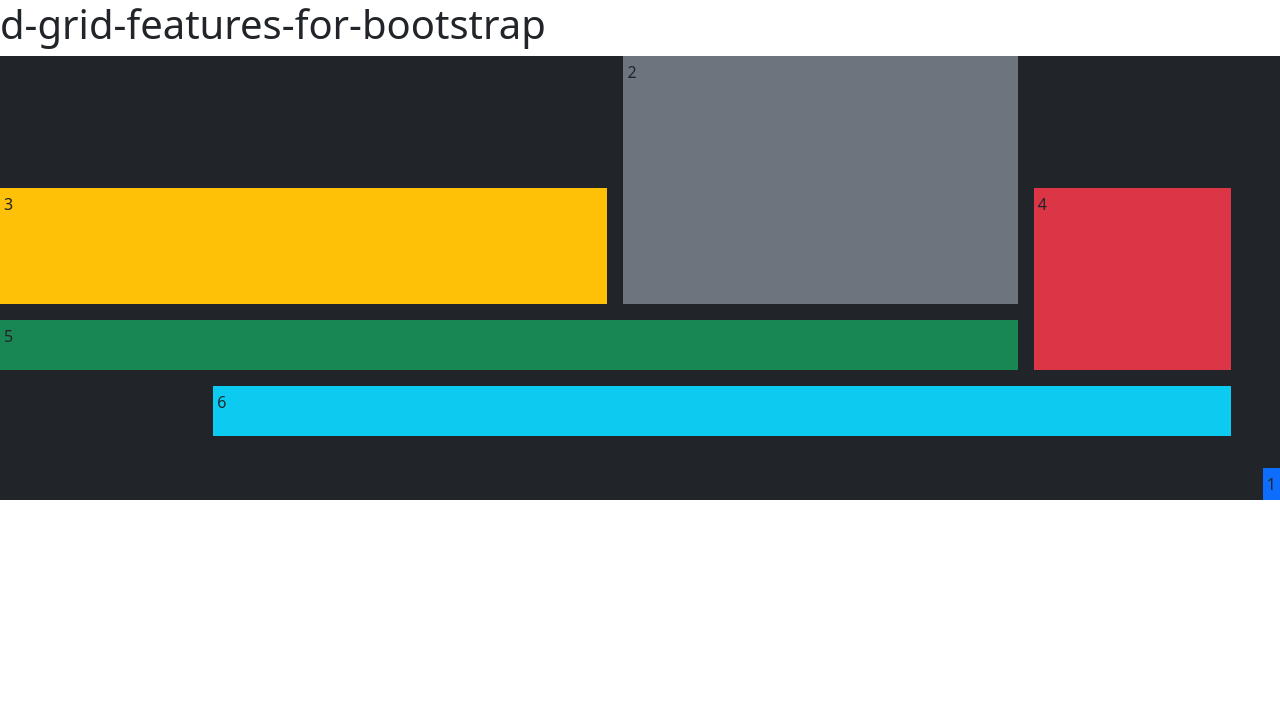
Repository: LynxPardelle/d-grid-features-for-bootstrap
Page: index.html
These files come from the project's save history. The page is drawn as it stood at one moment and after the next save; the edit follows.
The browser window is 1280 px wide. The pictures show the whole page.

Above is the page before, as saved 2021-10-20 06:06:26.

### index.html
<!DOCTYPE html>
<html lang="en">
<head>
  <meta charset="UTF-8">
  <meta http-equiv="X-UA-Compatible" content="IE=edge">
  <meta name="viewport" content="width=device-width, initial-scale=1.0">
  <title>d-grid-features-for-bootstrap</title>
  <link href="https://cdn.jsdelivr.net/npm/bootstrap@5.1.3/dist/css/bootstrap.min.css" rel="stylesheet" integrity="sha384-1BmE4kWBq78iYhFldvKuhfTAU6auU8tT94WrHftjDbrCEXSU1oBoqyl2QvZ6jIW3" crossorigin="anonymous">
</head>
<body>
  <h1>d-grid-features-for-bootstrap</h1>

  <!-- <section class="d-grid bg-dark" data-gfbs data-gfbs-gtc="repeat(4, 1fr)" data-gfbs-gtr="repeat(2, 100px)" > -->
    <!-- <section class="d-grid bg-dark" data-gfbs data-gfbs-gta='"f f b c c a"" f f d e e a"'> -->
      <section class="d-grid bg-dark" data-gfbs
      data-gfbs-gt='
      [row1-start] "a a b ." 25px [row1-end]
      [row2-start] "a a b ." 25px [row2-end]
      [row3-start] "c c b d" 25px [row3-end]
      [row4-start] "c c b d" 25px [row4-end]
      [row5-start] "e e e d" 25px [row5-end]
      [row6-start] ". f f f" 25px [row6-end]
      / 1fr 2fr 2fr 1fr'
      data-gfbs-gt-sm='
      [row1-start] "a a b ." 50px [row1-end]
      [row2-start] "a a b ." 50px [row2-end]
      [row3-start] "c c b d" 50px [row3-end]
      [row4-start] "c c b d" 50px [row4-end]
      [row5-start] "e e e d" 50px [row5-end]
      [row6-start] ". f f f" 50px [row6-end]
      / 1fr 2fr 2fr 1fr'
      data-gfbs-gt-md='
      [row1-start] "a a b ." 75px [row1-end]
      [row2-start] "a a b ." 75px [row2-end]
      [row3-start] "c c b d" 75px [row3-end]
      [row4-start] "c c b d" 75px [row4-end]
      [row5-start] "e e e d" 75px [row5-end]
      [row6-start] ". f f f" 75px [row6-end]
      / 1fr 2fr 2fr 1fr'
      data-gfbs-gt-lg='
      [row1-start] "a a b ." 100px [row1-end]
      [row2-start] "a a b ." 100px [row2-end]
      [row3-start] "c c b d" 100px [row3-end]
      [row4-start] "c c b d" 100px [row4-end]
      [row5-start] "e e e d" 100px [row5-end]
      [row6-start] ". f f f" 100px [row6-end]
      / 1fr 2fr 2fr 1fr'
      data-gfbs-gt-xl='
      [row1-start] "a a b ." 125px [row1-end]
      [row2-start] "a a b ." 125px [row2-end]
      [row3-start] "c c b d" 125px [row3-end]
      [row4-start] "c c b d" 125px [row4-end]
      [row5-start] "e e e d" 125px [row5-end]
      [row6-start] ". f f f" 125px [row6-end]
      / 1fr 2fr 2fr 1fr'
      data-gfbs-gt-xxl='
      [row1-start] "a a b ." 150px [row1-end]
      [row2-start] "a a b ." 150px [row2-end]
      [row3-start] "c c b d" 150px [row3-end]
      [row4-start] "c c b d" 150px [row4-end]
      [row5-start] "e e e d" 150px [row5-end]
      [row6-start] ". f f f" 150px [row6-end]
      / 1fr 2fr 2fr 1fr'
      data-gfbs-gap="1rem"
      >
      <!-- data-gfbs-cg="1rem"
      data-gfbs-rg="1rem" -->
    <div data-gfbs data-gfbs-iga="a" data-gfbs-iga-sm="g" class="grid-element bg-primary p-1">
      1
    </div>

    <div data-gfbs data-gfbs-iga="b" class="grid-element bg-secondary p-1">
      2
    </div>
    <div data-gfbs data-gfbs-iga="c" class="grid-element bg-warning p-1">
      3
    </div>
    <div data-gfbs data-gfbs-iga="d" class="grid-element bg-danger p-1">
      4
    </div>
    <div data-gfbs data-gfbs-iga="e" class="grid-element bg-success p-1">
      5
    </div>
    <div data-gfbs data-gfbs-iga="f" class="grid-element bg-info p-1">
      6
    </div>
  </section>

  <script src="https://cdn.jsdelivr.net/npm/bootstrap@5.1.3/dist/js/bootstrap.bundle.min.js" integrity="sha384-ka7Sk0Gln4gmtz2MlQnikT1wXgYsOg+OMhuP+IlRH9sENBO0LRn5q+8nbTov4+1p" crossorigin="anonymous"></script>
  <script src="./d-grid.js"></script>
</body>
</html>

### d-grid.js
"use strict";

let wWidth = window.innerWidth;
let gridElements = document.querySelectorAll("[data-gfbs]");

function checkIfHasBP(gridElement, atr) {
  let hasIt = false;
  for (let attribute of gridElement.attributes) {
    let at = attribute.localName;
    if (at.includes(atr)) {
      switch (true) {
        case at.includes("-sm") && wWidth >= 576 && wWidth < 768:
          hasIt = true;
          break;
        case at.includes("-md") && wWidth >= 768 && wWidth < 992:
          hasIt = true;
          break;
        case at.includes("-lg") && wWidth >= 992 && wWidth < 1200:
          hasIt = true;
          break;
        case at.includes("-xl") && wWidth >= 1200 && wWidth < 1400:
          hasIt = true;
          break;
        case at.includes("-xxl") && wWidth >= 1400:
          hasIt = true;
          break;
      }
    }
  }

  if (atr.includes("gt")) {
    console.log(wWidth);
    console.log(hasIt);
  }
  return hasIt;
}

for (let gridElement of gridElements) {
  for (let attribute of gridElement.attributes) {
    let at = attribute.localName;

    let attValue = attribute.value;

    if (
      at.includes("gfbs-") &&
      ((!at.includes("-sm") &&
        !at.includes("-md") &&
        !at.includes("-lg") &&
        !at.includes("-xl") &&
        !at.includes("-xxl") &&
        !checkIfHasBP(gridElement, at)) ||
        (at.includes("-sm") &&
          wWidth >= 576 &&
          ((!at.includes("-md") || ( at.includes("-md") && wWidth < 768)) ||
            (at.includes("-lg") ||(at.includes("-lg") && wWidth < 992)) ||
            (at.includes("-xl") || (at.includes("-xl") && wWidth < 1200)) ||
            (at.includes("-xll") || (at.includes("-xxl") && wWidth < 1400)))) ||
        (at.includes("-md") &&
          wWidth >= 768 &&
          ((at.includes("-lg") && wWidth < 992) ||
            (at.includes("-xl") && wWidth < 1200) ||
            (at.includes("-xxl") && wWidth < 1400))) ||
        (at.includes("-lg") &&
          wWidth >= 992 &&
          ((at.includes("-xl") && wWidth < 1200) ||
            (at.includes("-xxl") && wWidth < 1400))) ||
        (at.includes("-xl") &&
          wWidth >= 1200 &&
          at.includes("-xxl") &&
          wWidth < 1400) ||
        (at.includes("-xxl") && wWidth >= 1400))
    ) {
      switch (true) {
        /* Container */
        case at.includes("custom"):
          gridElement.style.cssText += attValue;
          break;
        case at.includes("gtc"):
          gridElement.style.gridTemplateColumns = attValue;
          break;
        case at.includes("gtr"):
          gridElement.style.gridTemplateRows = attValue;
          break;
        case at.includes("gta"):
          gridElement.style.gridTemplateAreas = attValue;
          break;
        case at.includes("gt"):
          console.log(at);
          console.log(attValue);
          gridElement.style.gridTemplate = attValue;
          break;
        case at.includes("cg"):
          gridElement.style.columnGap = attValue;
          break;
        case at.includes("rg"):
          gridElement.style.rowGap = attValue;
          break;
        case at.includes("gap"):
          gridElement.style.gap = attValue;
          break;
        case at.includes("ji"):
          gridElement.style.justifyItems = attValue;
          break;
        case at.includes("ai"):
          gridElement.style.alignItems = attValue;
          break;
        case at.includes("pi"):
          gridElement.style.placeItems = attValue;
          break;
        case at.includes("jc"):
          gridElement.style.justifyContent = attValue;
          break;
        case at.includes("ac"):
          gridElement.style.alignContent = attValue;
          break;
        case at.includes("pc"):
          gridElement.style.placeContent = attValue;
          break;
        case at.includes("gac"):
          gridElement.style.gridAutoColumns = attValue;
          break;
        case at.includes("gar"):
          gridElement.style.gridAutoRows = attValue;
          break;
        case at.includes("gaf"):
          gridElement.style.gridAutoFlow = attValue;
          break;
        case at.includes("grid"):
          gridElement.style.grid = attValue;
          break;

        /* Item */
        case at.includes("gcs"):
          gridElement.style.gridColumnStart = attValue;
          break;
        case at.includes("gce"):
          gridElement.style.gridColumnEnd = attValue;
          break;
        case at.includes("gc"):
          gridElement.style.gridColumn = attValue;
          break;
        case at.includes("grs"):
          gridElement.style.gridRowStart = attValue;
          break;
        case at.includes("gre"):
          gridElement.style.gridRowEnd = attValue;
          break;
        case at.includes("gr"):
          gridElement.style.gridRow = attValue;
          break;
        case at.includes("iga"):
          gridElement.style.gridArea = attValue;
          break;
        case at.includes("js"):
          gridElement.style.justifySelf = attValue;
          break;
        case at.includes("as"):
          gridElement.style.alignSelf = attValue;
          break;
        case at.includes("ps"):
          gridElement.style.placeSelf = attValue;
          break;
      }
    }
  }
}

After the next save:
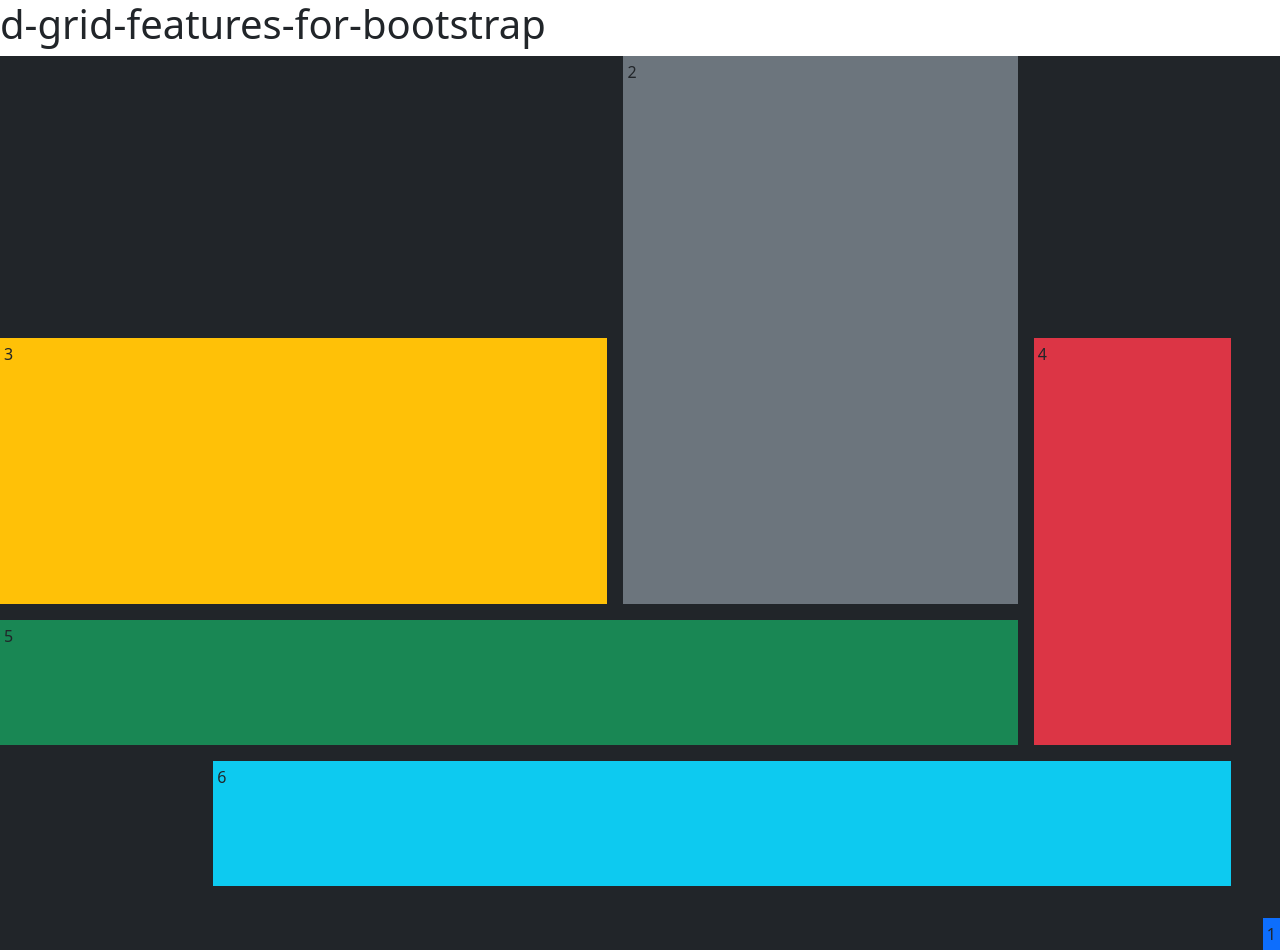
Saved 2 min 15 s later.
--- a/d-grid.js
+++ b/d-grid.js
@@ -51,23 +51,22 @@ for (let gridElement of gridElements) {
         !checkIfHasBP(gridElement, at)) ||
         (at.includes("-sm") &&
           wWidth >= 576 &&
-          ((!at.includes("-md") || ( at.includes("-md") && wWidth < 768)) ||
-            (at.includes("-lg") ||(at.includes("-lg") && wWidth < 992)) ||
-            (at.includes("-xl") || (at.includes("-xl") && wWidth < 1200)) ||
-            (at.includes("-xll") || (at.includes("-xxl") && wWidth < 1400)))) ||
+          (!at.includes("-md") || (at.includes("-md") && wWidth < 768)) &&
+          (!at.includes("-lg") || (at.includes("-lg") && wWidth < 992)) &&
+          (!at.includes("-xl") || (at.includes("-xl") && wWidth < 1200)) &&
+          (!at.includes("-xll") || (at.includes("-xxl") && wWidth < 1400))) ||
         (at.includes("-md") &&
           wWidth >= 768 &&
-          ((at.includes("-lg") && wWidth < 992) ||
-            (at.includes("-xl") && wWidth < 1200) ||
-            (at.includes("-xxl") && wWidth < 1400))) ||
+          (!at.includes("-lg") || (at.includes("-lg") && wWidth < 992)) &&
+          (!at.includes("-xl") || (at.includes("-xl") && wWidth < 1200)) &&
+          (!at.includes("-xll") || (at.includes("-xxl") && wWidth < 1400))) ||
         (at.includes("-lg") &&
           wWidth >= 992 &&
-          ((at.includes("-xl") && wWidth < 1200) ||
-            (at.includes("-xxl") && wWidth < 1400))) ||
+          (!at.includes("-xl") || (at.includes("-xl") && wWidth < 1200)) &&
+          (!at.includes("-xll") || (at.includes("-xxl") && wWidth < 1400))) ||
         (at.includes("-xl") &&
           wWidth >= 1200 &&
-          at.includes("-xxl") &&
-          wWidth < 1400) ||
+          (!at.includes("-xll") || (at.includes("-xxl") && wWidth < 1400))) ||
         (at.includes("-xxl") && wWidth >= 1400))
     ) {
       switch (true) {
